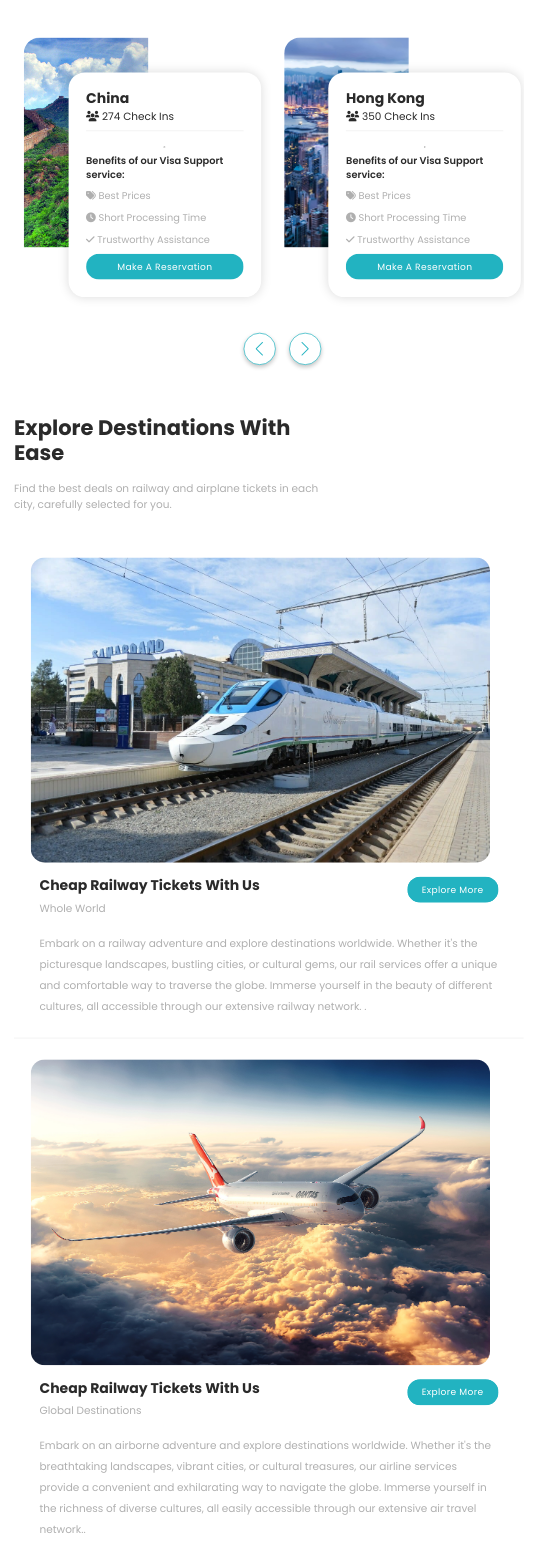
Repository: asadbekdev07/asadbekdev-zamontour-react
Page: /
The author's editor kept a copy of each file at every save. The page is drawn from the files as they stood at one save, then again after the next save.
The browser window is 768 px wide. The pictures show the part of the page from y = 1629 to 3869 px (the page is 3869 px tall), at 70% of full size.
The project was rebuilt for these pictures with package versions that can differ from the ones it lists, and the page was loaded fresh each time. Also part of the build but not shown: vite.config.js.

Above is the page before, as saved 2024-05-26 18:43:55.

### index.html
<!doctype html>
<html lang="en">
  <head>
    <meta charset="UTF-8" />
    <link rel="icon" type="image/svg+xml" href="/vite.svg" />
    <meta name="viewport" content="width=device-width, initial-scale=1.0" />
    <title>Vite + React</title>
    <link rel="stylesheet" href="https://cdnjs.cloudflare.com/ajax/libs/font-awesome/6.5.2/css/all.min.css" integrity="sha512-SnH5WK+bZxgPHs44uWIX+LLJAJ9/2PkPKZ5QiAj6Ta86w+fsb2TkcmfRyVX3pBnMFcV7oQPJkl9QevSCWr3W6A==" crossorigin="anonymous" referrerpolicy="no-referrer" />

  </head>
  <body>
    <div id="root"></div>
    <script type="module" src="/src/main.jsx"></script>
  </body>
</html>

### src/main.jsx
import React from 'react'
import ReactDOM from 'react-dom/client'
import App from './assets/components/App'
import './assets/styles/index.css'
import './i18n'

ReactDOM.createRoot(document.getElementById('root')).render(
  <React.StrictMode>
    <App />
  </React.StrictMode>,
)

### src/assets/components/App.jsx
import Destination from "./Destination"
import Offers from "./Offers"
import SiteHeader from "./Site-header"
import SliderHero from "./Slider-hero"
import Visa from "./Visa"

function App() {

  return (
    <>
      <SiteHeader />
      <SliderHero />
      <Offers />
      <Visa />
      <Destination />
    </>
  )
}

export default App

### src/assets/styles/index.css
/* CUSTOM PROPS */
:root {
  --primary-color: #22b3c1;
  --primary-bg-color: #ffffff;
  --border-color: #eeeeee;
  --secondary-text-color: #2a2a2a;
  --grayish-text-color: #afafaf;
  --form-border-color: #e0e0e0;
}

/* FONT-FACE  */
@font-face {
  font-family: "Poppins";
  src: url("../fonts/Poppins-Regular.woff2") format("woff2"), url("../fonts/Poppins-Regular.woff") format("woff");
  font-weight: normal;
  font-style: normal;
  font-display: swap;
}
@font-face {
  font-family: "Poppins";
  src: url("../fonts/Poppins-BoldItalic.woff2") format("woff2"), url("../fonts/Poppins-BoldItalic.woff") format("woff");
  font-weight: bold;
  font-style: italic;
  font-display: swap;
}
@font-face {
  font-family: "Poppins";
  src: url("../fonts/Poppins-SemiBold.woff2") format("woff2"), url("../fonts/Poppins-SemiBold.woff") format("woff");
  font-weight: 600;
  font-style: normal;
  font-display: swap;
}
@font-face {
  font-family: "Poppins";
  src: url("../fonts/Poppins-Medium.woff2") format("woff2"), url("../fonts/Poppins-Medium.woff") format("woff");
  font-weight: 500;
  font-style: normal;
  font-display: swap;
}
@font-face {
  font-family: "Poppins";
  src: url("../fonts/Poppins-Bold.woff2") format("woff2"), url("../fonts/Poppins-Bold.woff") format("woff");
  font-weight: bold;
  font-style: normal;
  font-display: swap;
}

/* GLOBAL  */
html {
  box-sizing: border-box;
  height: 100%;
  scroll-behavior: smooth;
}

*,
*::before,
*::after {
  box-sizing: inherit;
}

:focus {
  outline: 2px dotted var(--primary-color);
  outline-offset: 3px;
}

body {
  display: flex;
  flex-direction: column;
  height: 100%;
  padding: 0;
  margin: 0;
  font-weight: 400;
  font-family: "Poppins", "Arial", sans-serif;
  font-size: 15px;
  background-color: #ffffff;
  color: var(--grayish-text-color);
}

img {
  max-width: 100%;
  height: auto;
}

/* AUTOFILL-STYLES */
/*input:-webkit-autofill,
input:-webkit-autofill:hover,
input:-webkit-autofill:focus,
textarea:-webkit-autofill,
textarea:-webkit-autofill:hover,
textarea:-webkit-autofill:focus,
select:-webkit-autofill,
select:-webkit-autofill:hover,
select:-webkit-autofill:focus {
  border-color: transparent;
  -webkit-text-fill-color: inherit;
  -webkit-box-shadow: 0 0 0px 1000px #fff inset;
}*/


/* PLACEHOLDER-STYLES */
/*::-webkit-input-placeholder,
::-moz-placeholder,
:-ms-input-placeholder,
:-moz-placeholder {
  color: rgba(52, 49, 61, 0.5);
  opacity: 1;
}*/


/* VISUALLY-HIDDEN */
.visually-hidden {
  position: absolute;
  width: 1px;
  height: 1px;
  margin: -1px;
  border: 0;
  padding: 0;
  clip: rect(0 0 0 0);
  overflow: hidden;
}


/* CONTAINER  */
.container {
  width: 100%;
  max-width: 1200px;
  padding-left: 20px;
  padding-right: 20px;
  margin-left: auto;
  margin-right: auto;
}

/* MAIN-CONTENT  */
.main-content {
  flex-grow: 1;
}

/* BUTTON  */
.button {
  padding: 13px 30px;
  margin: 0;
  display: inline-block;
  border-radius: 25px;
  font-weight: 500;
  line-height: 21px;
  font-size: 14px;
  letter-spacing: 0.5px;
  transition: color 0.4s ease;
  text-transform: capitalize;
  border: 1px solid transparent;
  background-color: #22b3c1;
  color: #ffffff;
  overflow: hidden;
  text-decoration: none;
  cursor: pointer;
  white-space: nowrap;
  text-align: center;
}
.button:hover {
  opacity: 0.8;
}
.button:active {
  opacity: 0.6;
}

.button--arrow {
  color: #22b3c1;
  transition: all 0.5s ease;
  text-decoration: none;
}

.button--white {
  background-color: #ffffff;
  color: #22b3c1;
}
.button--white:hover {
  background-color: #22b3c1;
  color: #ffffff;
  opacity: 1;
}

.button--form {
  width: 100%;
  display: block;
}

.button--cta {
  border: 1px solid #e0e0e0;
}
.button--cta:hover {
  background-color: #ffffff;
  color: #22b3c1;
  opacity: 1;
}

/* SITE-HEADER  */
.site-header {
  position: relative;
  padding: 15px 20px;
  background-color: var(--primary-color);
}

.site-header :focus {
  outline: 2px dotted var(--primary-bg-color);
  outline-offset: 3px;
}

.site-header__container {
  display: flex;
  align-items: center;
  justify-content: space-between;
}

.site-header__sitenav {
  display: flex;
  align-items: center;
  justify-content: space-between;
}

.sitenav__list {
  padding: 0;
  margin: 0;
  list-style: none;
  display: flex;
  align-items: center;
}

.sitenav__item {
  margin-right: 30px;
}

.sitenav__link {
  text-decoration: none;
  color: var(--primary-bg-color);
  transition: color 0.4s ease;
}

.sitenav__link:hover {
  color: var(--secondary-text-color);
}

.sitenav__link:active {
  opacity: 0.6;
}

.lang {
  margin: 0;
  padding: 0;
  list-style: none;
  display: flex;
  align-items: center;
}

.lang__item {
  margin-right: 30px;
}

.lang__link {
  text-decoration: none;
  color: var(--primary-bg-color);
  transition: color 0.4s ease;
}

.lang__link:hover {
  color: var(--secondary-text-color);
}

.lang__link:active {
  opacity: 0.6;
}

.social {
  margin: 0;
  padding: 0;
  list-style: none;
  display: flex;
  align-items: center;
}

.social__item:not(:last-child) {
  margin-right: 30px;
}

.social__link {
  display: block;
  text-decoration: none;
}

.social__icon {
  display: block;
  color: var(--primary-bg-color);
}

.fa-telegram {
  transition: color 0.4s ease;
}

.fa-instagram {
  transition: color 0.4s ease;
}

.fa-telegram:hover {
  color: var(--secondary-text-color)
}

.fa-instagram:hover {
  color: var(--secondary-text-color)
}

.site-header__toggler {
  display: none;
  width: 24px;
  height: 22px;
  border: 0;
  background-color: transparent;
  padding: 0;
  margin: 0;
  color: var(--primary-bg-color);
}

/* SLIDER-HERO  */
.slider {
  background-position: center;
  background-repeat: no-repeat;
  background-size: cover;
}

.slider__container {
  width: 90%;
  padding-top: 90px;
  padding-bottom: 90px;
  display: flex;
  flex-direction: column;
  align-items: center;
}

.slider__top {
  padding-top: 50px;
  width: 100%;
  text-align: center;
}

.slider__top-heading {
  margin-top: 0;
  margin-bottom: 20px;
  font-weight: 500;
  font-size: 20px;
  color: var(--primary-bg-color);
}

.slider__top-city {
  margin-top: 0;
  margin-bottom: 30px;
  font-weight: 700;
  font-size: 50px;
  color: var(--primary-bg-color);
}

.slider__bottom {
  width: 100%;
}

.list {
  padding: 0;
  margin: 0;
  list-style: none;
  padding: 30px 60px;
  margin-top: 40px;
  display: flex;
  align-items: center;
  justify-content: space-between;
  border-radius: 60px;
  background-color: var(--primary-bg-color);
}

.list__item-inner {
  display: flex;
  align-items: center;
}
.list__item-inner .fa {
  display: flex;
  align-items: center;
  justify-content: center;
  margin-right: 20px;
  width: 60px;
  height: 60px;
  border-radius: 50%;
  line-height: 50px;
  font-size: 25px;
  text-align: center;
  border: 1px solid var(--primary-color);
  color: var(--primary-color);
}

.list__subheading {
  margin: 0;
  font-weight: 700;
  font-size: 20px;
  line-height: 28px;
  color: var(--primary-color);
}
.list__subheading span {
  font-weight: 400;
  font-size: 15px;
  color: var(--grayish-text-color);
}

.lang__link.selected {
  font-weight: bold;
  color: var(--primary-color);
  text-decoration: underline;
}

/* OFFERS  */
.offers,
.visa {
  position: relative;
  padding-top: 80px;
  padding-bottom: 80px;
}

.offers__content,
.visa__content {
  width: 70%;
  margin-left: 15%;
  margin-right: 15%;
  margin-bottom: 50px;
  text-align: center;
}

.offers__title,
.visa__title {
  margin-top: 0;
  margin-bottom: 20px;
  font-weight: 700;
  font-size: 30px;
  line-height: 36px;
  text-transform: capitalize;
  color: var(--secondary-text-color);
}

.offers__description,
.visa__description {
  line-height: 30px;
}

.offers__card,
.visa__card {
  width: 350px;
  height: 420px;
  border-radius: 8px;
  display: flex;
  cursor: pointer;
  align-items: center;
  justify-content: center;
  flex-direction: column;
  position: relative;
}

.offers__img,
.visa__img {
  height: 300px;
  padding-right: 150px;
  padding-bottom: 120px;
  border-top-left-radius: 23px;
  border-bottom-left-radius: 23px;
}


.visa__img {
  width: 50%;
  object-fit: cover;
}

.inner {
  position: absolute;
  right: 1%;
  display: flex;
  flex-direction: column;
  justify-content: center;
  position: absolute;
  z-index: 10000;
  width: 250px;
  padding: 25px;
  border-radius: 23px;
  box-shadow: 0px 0px 15px rgba(0, 0, 0, 0.15);
  background-color: var(--primary-bg-color);
}

.inner__top {
  display: flex;
  align-items: center;
  justify-content: space-between;
  padding-bottom: 10px;
  position: relative;
  margin-bottom: 15px;
  border-bottom: 1px solid #eee;
}

.inner__top h4 {
  font-size: 20px;
  line-height: 24px;
  color: var(--secondary-text-color);
  margin: 0;
}

.inner__top h6 {
  margin: 0;
  font-weight: 700;
  font-size: 20px;
  line-height: 24px;
  color: var(--primary-color);
}
.inner__top span {
  font-weight: 400;
  font-size: 15px;
  line-height: 18px;
}

.inner__list {
  margin: 0;
  padding: 0;
  list-style: none;
  margin-bottom: 10px;
}

.inner__list li:not(:last-child) {
  margin-bottom: 10px;
}

.inner__list li:not(:first-child) {
  font-size: 14px;
  line-height: 21px;
  color: var(--grayish-text-color);
}

.inner__list-title {
  font-weight: 600;
  font-size: 14px;
  line-height: 20px;
  color: var(--secondary-text-color);
}

.swiper-buttons {
  display: flex;
  justify-content: center;
  position: absolute;
  left: 42%;
  bottom: 10%; /* Adjust as needed */
  width: 15%;
}

.swiper-button-next,
.swiper-button-prev {
  width: 46px;
  height: 46px;
  border-radius: 50%;
  border: 1.5px solid var(--primary-color);
  background-color: var(--primary-bg-color);
  color: var(--primary-color);
  text-align: center;
  line-height: 44px;
  cursor: pointer;
  box-shadow: 0 3px 6px rgba(0, 0, 0, 0.23);
  margin: 0 15px;
  font-size: 20px;
}

.swiper-button-next:hover,
.swiper-button-prev:hover {
  background-color: var(--primary-color);
  color: var(--primary-bg-color);
}

.swiper-button-next::after,
.swiper-button-prev::after {
  font-size: 20px; /* Custom size for the arrow icons */
}

/* DESTINATION  */
.destination {
  padding: 40px;
}

.destination__top {
  width: 100%;
  max-width: 450px;
  margin-bottom: 65px;
}

.destination__top-heading {
  margin: 0;
  margin-bottom: 20px;
  font-weight: 700;
  font-size: 30px;
  line-height: 36px;
  color: #2a2a2a;
}

.destination__top-description {
  margin: 0;
  line-height: 30px;
}

.destination__list {
  padding: 0;
  margin: 0;
  list-style: none;
}

.destination__item {
  display: flex;
}
.destination__item:not(:last-child) {
  padding-bottom: 30px;
  margin-bottom: 30px;
  border-bottom: 1px solid #eeeeee;
}

.destination__img {
  margin-right: 24px;
  border-radius: 20px;
}

.destination__inner {
  width: 75%;
  position: relative;
}

.destination__inner-heading {
  margin: 0;
  margin-bottom: 6px;
  font-weight: 700;
  font-size: 20px;
  line-height: 24px;
  color: #2a2a2a;
}

.destination__inner-span {
  line-height: 30px;
}

.button__wrapper {
  position: absolute;
  top: 0;
  right: 0;
}

.destination__inner-description {
  margin: 0;
  margin-top: 20px;
  line-height: 30px;
}

@media only screen and (min-width: 1000px) and (max-width: 1200px) {
  .offers__card {
    width: 30%;
  }

  .offers__img {
    height: 300px;
    padding-right: 85px;
    padding-bottom: 120px;
  }

  .inner {
    width: 210px;
    padding: 21px;
  }
}
@media only screen and (max-width: 1000px) {
  .offers__card {
    width: 45%;
  }

  .offers__img {
    height: 300px;
    padding-right: 60px;
    padding-bottom: 120px;
  }

  .inner {
    width: 225px;
    padding: 25px;
  }

  .swiper-buttons {
    left: 45%;
  }

  .swiper-button-next,
  .swiper-button-prev {
    margin: 0 0;
  }
}

@media only screen and (max-width: 1000px) {
  .destination {
    padding-left: 0;
    padding-right: 0;
  }
  .destination__img {
    width: 90%;
    margin-bottom: 20px;
  }
  .destination__inner {
    width: 90%;
  }
  .destination__item {
    display: flex;
    flex-direction: column;
    align-items: center;
  }
}

@media only screen and (max-width: 900px) {
  .site-header__sitenav {
    display: none;
  }

  .site-header__toggler {
    display: block;
  }

  .site-header.is-open .site-header__sitenav {
    z-index: 1000;
    width: 90%;
    display: flex;
    flex-direction: column;
    position: absolute;
    top: 90%;
    left: 5%;
    right: 5%;
    background-color: var(--primary-bg-color);
  }

  .site-header.is-open .sitenav {
    width: 100%;
  }

  .site-header.is-open .sitenav__list,
  .site-header.is-open .social,
  .site-header.is-open .lang {
    display: flex;
    flex-direction: column;
    width: 100%;
  }

  .site-header.is-open .sitenav__item,
  .site-header.is-open .lang__item,
  .site-header.is-open .social__item {
    width: 100%;
    margin: 0;
    padding-top: 8px;
    padding-bottom: 8px;
    border-bottom: 1px solid var(--form-border-color);
    text-align: center;
  }

  .site-header.is-open .sitenav__link,
  .site-header.is-open .lang__link,
  .site-header.is-open .social__link,
  .site-header.is-open .social__icon {
    color: var(--secondary-text-color);
  }

  .site-header.is-open .lang__link:hover,
  .site-header.is-open .social__link:hover,
  .site-header.is-open .social__icon:hover {
    color: var(--primary-color);
  }
  /* LIST */
  .list__subheading {
    font-size: 15px;
    line-height: 18px;
  }
  .list__subheading span {
    font-size: 12px;
  }
  .list__item-inner .fa {
    margin-right: 15px;
    width: 50px;
    height: 50px;
    border-radius: 50%;
    line-height: 40px;
    font-size: 20px;
  }
}

@media only screen and (max-width: 800px) {
  .button {
    padding: 10px 20px;
    border-radius: 20px;
    font-weight: 400;
    line-height: 15px;
    font-size: 13px;
    letter-spacing: 0.5px;
  }
  /* SLIDER  */
  .slider__top-heading {
    margin-bottom: 18px;
    font-weight: 500;
    font-size: 16px;
  }
  .slider__top-city {
    margin-top: 0;
    margin-bottom: 25px;
    font-weight: 700;
    font-size: 40px;
  }

  .swiper-button-next,
  .swiper-button-prev {
    margin: 0 -8px;
  }
}

@media only screen and (min-width: 500px) and (max-width: 700px) {
  .offers__img,
  .visa__img {
    padding-right: 120px;
  }
  .inner {
    width: 275px;
    margin-right: 30px;
  }
}

@media only screen and (max-width: 700px) {
  .list {
    padding: 20px 40px;
    margin-top: 30px;
    border-radius: 50px;
  }
  .list__item-inner .fa {
    margin-right: 12px;
    width: 35px;
    height: 35px;
    border-radius: 50%;
    line-height: 25px;
    font-size: 15px;
  }
  .list__subheading {
    font-size: 13px;
    line-height: 15px;
  }
  .list__subheading span {
    font-size: 10px;
  }
  .offers__content {
    width: 90%;
    margin-left: 5px;
    margin-right: 5px;
  }
  .offers__title,
  .visa__title {
    font-size: 25px;
  }
  .offers__description,
  .visa__description {
    line-height: 25px;
  }
  .offers__img {
    width: 300px;
  }
  .swiper-button-next,
  .swiper-button-prev {
    margin: 0 -12px;
  }
}

@media only screen and (max-width: 600px) {
  .button {
    padding: 8px 18px;
    border-radius: 18px;
    font-weight: 400;
    line-height: 10px;
    font-size: 10px;
    letter-spacing: 0.5px;
  }
  /* SLIDER  */
  .slider {
    padding-top: 0;
    padding-bottom: 0;
  }
  .slider__top {
    padding-top: 20px;
  }
  .slider__top-heading {
    margin-bottom: 14px;
    font-weight: 500;
    font-size: 12px;
  }
  .slider__top-city {
    margin-top: 0;
    margin-bottom: 20px;
    font-weight: 700;
    font-size: 30px;
  }
  /* LIST  */
  .list__item-inner .fa {
    margin-right: 10px;
    width: 30px;
    height: 30px;
    border-radius: 50%;
    line-height: 20px;
    font-size: 12px;
  }
  .list__subheading {
    font-size: 10px;
    line-height: 12px;
  }
  .list__subheading span {
    font-size: 8px;
  }
  .swiper-button-next,
  .swiper-button-prev {
    margin: 0 -20px;
  }
}

@media only screen and (max-width: 500px) {
  .button {
    padding: 6px 12px;
    border-radius: 15px;
    font-weight: 400;
    line-height: 1;
    font-size: 7px;
    letter-spacing: 0.5px;
  }
  /* SLIDER  */

  .slider__container {
    padding-top: 50px;
    padding-bottom: 50px;
  }
  /* LIST  */
  .list {
    padding: 15px 22px;
    margin-top: 25px;
    border-radius: 40px;
  }
  .list__item-inner .fa {
    margin-right: 5px;
    width: 20px;
    height: 20px;
    border-radius: 50%;
    line-height: 10px;
    font-size: 8px;
  }
  .list__subheading {
    font-size: 7px;
    line-height: 1;
  }
  .list__subheading span {
    font-size: 5px;
  }
  .offers__img {
    width: 230px;
  }
  .swiper-button-next,
  .swiper-button-prev {
    margin: 0 -35px;
  }
}

@media
only screen and (-webkit-min-device-pixel-ratio: 2),
only screen and (   min--moz-device-pixel-ratio: 2),
only screen and (     -o-min-device-pixel-ratio: 2/1),
only screen and (        min-device-pixel-ratio: 2),
only screen and (                min-resolution: 192dpi),
only screen and (                min-resolution: 2dppx) {

}

### src/i18n.jsx
import i18n from 'i18next';
import { initReactI18next } from 'react-i18next';
import Backend from 'i18next-http-backend';
import laungageDetector from 'i18next-browser-languagedetector';
import enLang from '../public/locales/en.json'
import uzLang from '../public/locales/uz.json'
import ruLang from '../public/locales/ru.json'

i18n
.use(Backend)
.use(laungageDetector)
.use(initReactI18next)
.init({
  fallbackLng: 'en',
  lng: 'en',
  debug: true,
  resources: {
    en:{translation: enLang},
    uz:{translation: uzLang},
    ru:{translation: ruLang}
  }
})

export default i18n;

### src/assets/components/Destination.jsx
import afrasiab from "/img/afr.jpg";
import airplane from "/img/airplane.jpg";

const destinationData = [
  { img: afrasiab, heading: "Cheap Railway Tickets With Us", subheading: "Whole World", text: "Embark on a railway adventure and explore destinations worldwide. Whether it's the picturesque landscapes, bustling cities, or cultural gems, our rail services offer a unique and comfortable way to traverse the globe. Immerse yourself in the beauty of different cultures, all accessible through our extensive railway network. ." },
  { img: airplane, heading: "Cheap Railway Tickets With Us", subheading: "Global Destinations", text: "Embark on an airborne adventure and explore destinations worldwide. Whether it's the breathtaking landscapes, vibrant cities, or cultural treasures, our airline services provide a convenient and exhilarating way to navigate the globe. Immerse yourself in the richness of diverse cultures, all easily accessible through our extensive air travel network.." },
]

const Destination = () => {
  return (
    <section className="destination">
      <div className="container">
        <div className="destination__top">
          <h2 className="destination__top-heading">Explore Destinations With Ease</h2>
          <p className="destination__top-text">Find the best deals on railway and airplane tickets in each city, carefully selected for you.</p>
        </div>

        <ul className="destination__list">
          {destinationData.map((destination, index) =>(
            <li key={index} className="destination__item">
            <img className="destination__img" src={destination.img} alt="Airplane img" width={340} height={228}/>
            <div className="destination__inner">
              <h3 className="destination__inner-heading">{destination.heading}</h3>
              <span className="destination__inner-span">{destination.subheading}</span>
              <div className="button__wrapper">
                <a className="button destination__button" href="#contact">Explore More</a>
              </div>
              <p className="destination__inner-description">{destination.text}</p>
              <div className="button__wrapper">
                <a className="button destination__responsive-button" href="#contact">Explore More</a>
              </div>
            </div>
          </li>
          ))}
        </ul>
      </div>
    </section>
  )
}

export default Destination

### src/assets/components/Slider-hero.jsx
import React from 'react';
import { Swiper, SwiperSlide } from 'swiper/react';
import 'swiper/css';
import 'swiper/css/pagination';
import 'swiper/css/navigation';


import { Autoplay, Pagination, Navigation } from 'swiper/modules';

import istanbulImg from '/img/istanbul.jpg';
import antalyaImg from '/img/antalya.jpg';
import dubaiImg from '/img/dubai2.jpg';
import sharmImg from '/img/sharm.jpg';

const slidesData = [
  {
    img: istanbulImg,
    city: 'Istanbul',
    population: '15.5 M',
    territory: '5.461 km²',
    avgPrice: '$946.000'
  },
  {
    img: antalyaImg,
    city: 'Antalya',
    population: '1.5 M',
    territory: '1.417 km²',
    avgPrice: '$1.100.200'
  },
  {
    img: dubaiImg,
    city: 'Dubai',
    population: '3.3 M',
    territory: '35 km²',
    avgPrice: '$425.000'
  },
  {
    img: sharmImg,
    city: 'Sharm El-Sheikh',
    population: '0.07 M',
    territory: '45 km²',
    avgPrice: '$165.450'
  }
];

const SlideContent = ({ img, city, population, territory, avgPrice }) => (
  <section className="slider" style={{ backgroundImage: `url(${img})` }}>
    <div className="container slider__container">
      <div className="slider__top">
        <h3 className="slider__top-heading">Take a Glimpse Into The Beautiful City Of:</h3>
        <h2 className="slider__top-city">{city}</h2>
        <a className="button button--cta" href="#contact">Go There</a>
      </div>
      <div className="slider__bottom">
        <ul className="slider__bottom-list list">
          <li className="list__item">
            <div className="list__item-inner">
              <i className="fa fa-user"></i>
              <h4 className="list__subheading">
                <span>Population:</span><br />{population}
              </h4>
            </div>
          </li>
          <li className="list__item">
            <div className="list__item-inner">
              <i className="fa fa-globe"></i>
              <h4 className="list__subheading">
                <span>Territory:</span><br />{territory}
              </h4>
            </div>
          </li>
          <li className="list__item">
            <div className="list__item-inner">
              <i className="fa fa-home"></i>
              <h4 className="list__subheading">
                <span>Avg Price:</span><br />{avgPrice}
              </h4>
            </div>
          </li>
          <div className="list__item-inner">
            <a className="button" href="#contact">Explore More</a>
          </div>
        </ul>
      </div>
    </div>
  </section>
);

export default function SliderHero() {
  return (
    <Swiper
      spaceBetween={5}
      centeredSlides={true}
      autoplay={{
        delay: 5500,
        disableOnInteraction: false,
      }}
      pagination={{
        clickable: true,
      }}
      loop={true}
      navigation={false}
      modules={[Autoplay, Pagination, Navigation]}
      className="mySwiper"
    >
      {slidesData.map((slide, index) => (
        <SwiperSlide key={index}>
          <SlideContent {...slide} />
        </SwiperSlide>
      ))}
    </Swiper>
  );
}

Loaded but not shown: public/locales/uz.json (12 lines, source omitted); public/locales/en.json (12 lines, source omitted); public/locales/ru.json (12 lines, source omitted); src/assets/components/Site-header.jsx (106 lines, source omitted); src/assets/components/Offers.jsx (86 lines, source omitted); src/assets/components/Visa.jsx (86 lines, source omitted)

After the next save:
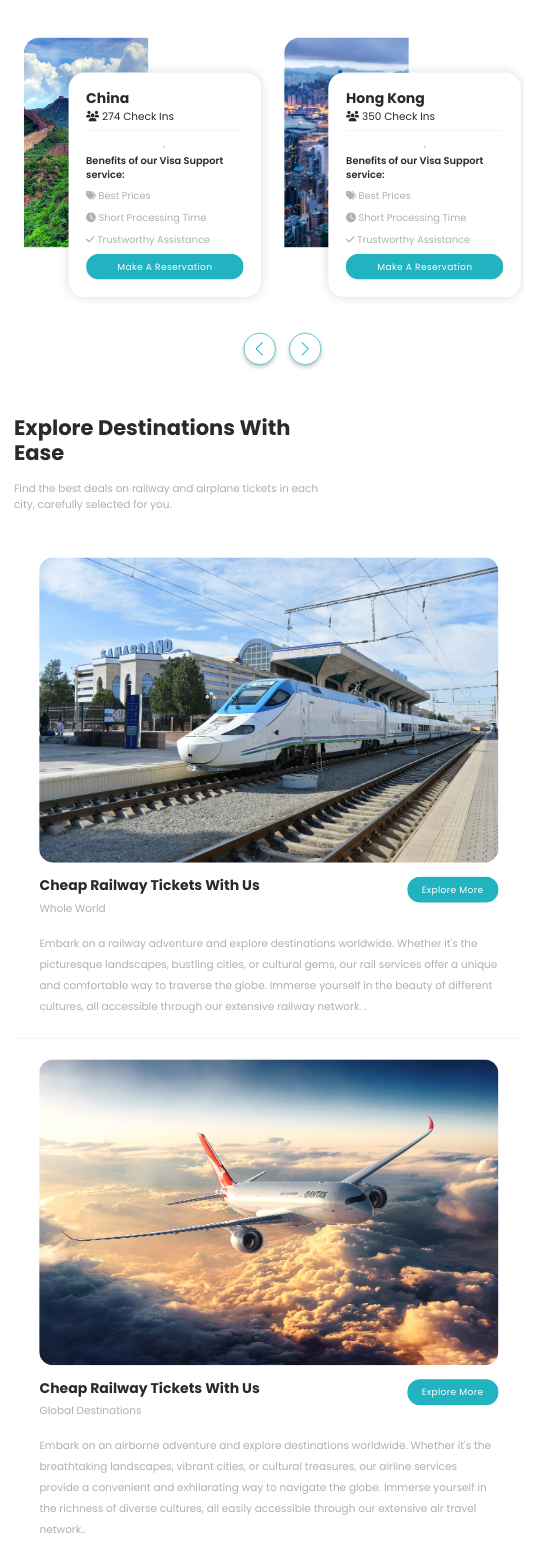
Saved 19 s later.
--- a/src/assets/styles/index.css
+++ b/src/assets/styles/index.css
@@ -701,6 +701,7 @@ select:-webkit-autofill:focus {
   }
   .destination__img {
     width: 90%;
+    margin-right: 0;
     margin-bottom: 20px;
   }
   .destination__inner {
